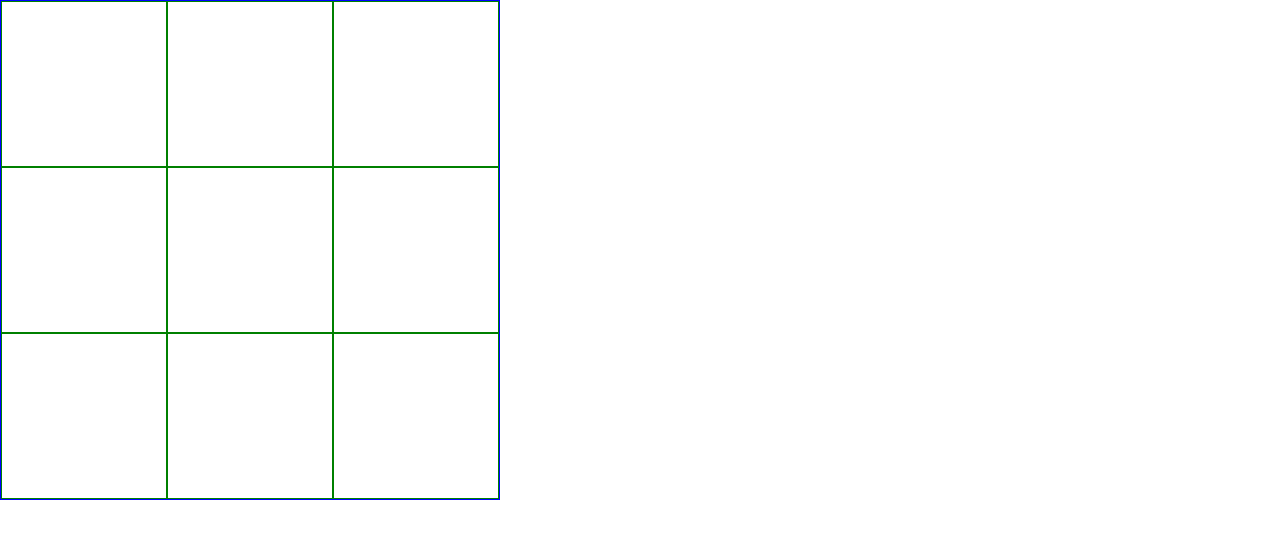
Repository: DaozhangChen/qiMen
Page: /
An editor plug-in stored every save of this project. The page is shown before and after the next save, followed by the edit.
The browser window is 1280 px wide. The pictures show the whole page.
The project was rebuilt for these pictures with package versions that can differ from the ones it lists, and the page was loaded fresh each time. Also part of the build but not shown: vite.config.js.

Above is the page before, as saved 2024-04-04 18:12:15.

After the next save:
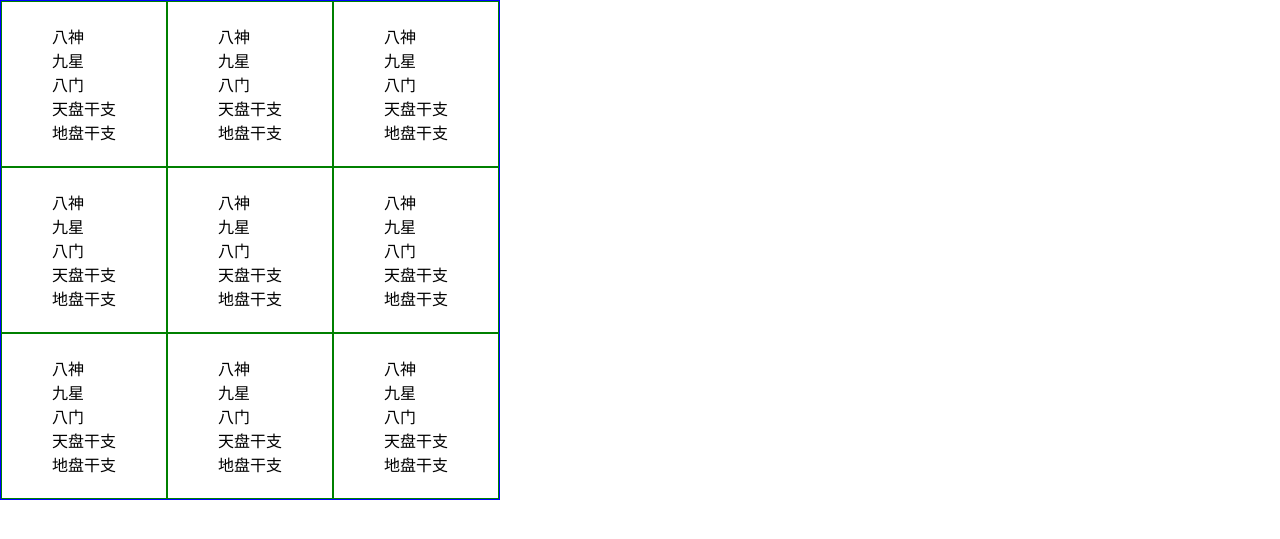
Saved 81 s later.
--- a/src/compoment/Suduku.jsx
+++ b/src/compoment/Suduku.jsx
@@ -9,10 +9,11 @@ function Suduku() {
             {regionArr.map((value) => (
                 <div key={`row-${value}`} className="sudoku-row">
                     <li className="suduku-cell">
-                        <li className="god"></li>
-                        <li className="star"></li>
-                        <li className="door"></li>
-                        <li className="up"></li>
+                        <li className="god">八神</li>
+                        <li className="star">九星</li>
+                        <li className="door">八门</li>
+                        <li className="upStem">天盘干支</li>
+                        <li className="downStem">地盘干支</li>
                     </li>
                 </div>
             ))}
